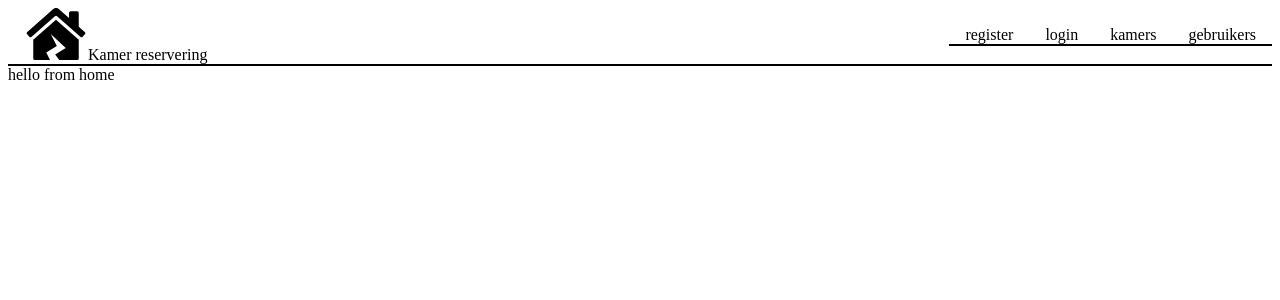
Repository: jomarderrie/kamerreserveringfrontend
Page: /
An editor plug-in stored every save of this project. The page is shown before and after the next save, followed by the edit.
The browser window is 1280 px wide. The pictures show the whole page.
The project was rebuilt for these pictures with package versions that can differ from the ones it lists, and the page was loaded fresh each time. Also part of the build but not shown: src/components/Loading.js, src/styled/globals/AuthBoxContainer.js, src/functions/auth.js, src/components/auth/SignUpForm.js, src/pages/auth/Register.js, src/functions/kamers.js, src/components/kamer/KamerCard.js, src/pages/kamer/Kamers.js and 7 more.

Above is the page before, as saved 2021-10-28 11:57:48.

After the next save:
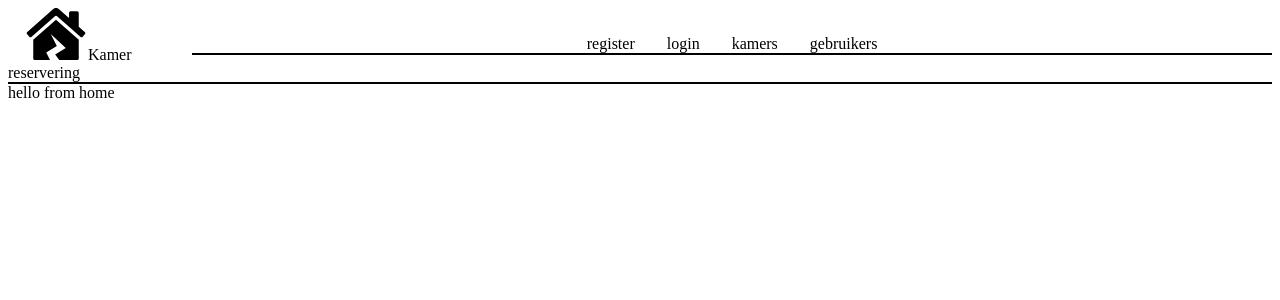
Saved 6 s later.
--- a/src/styled/globals/StyledFlexBoxContainer.js
+++ b/src/styled/globals/StyledFlexBoxContainer.js
@@ -11,6 +11,7 @@
 
         border-bottom-color: rgba(140, 130, 115, 0.12);
      border-bottom: 2px solid;
+     width:100%
 
        }
     `

After the 2 saves that followed:
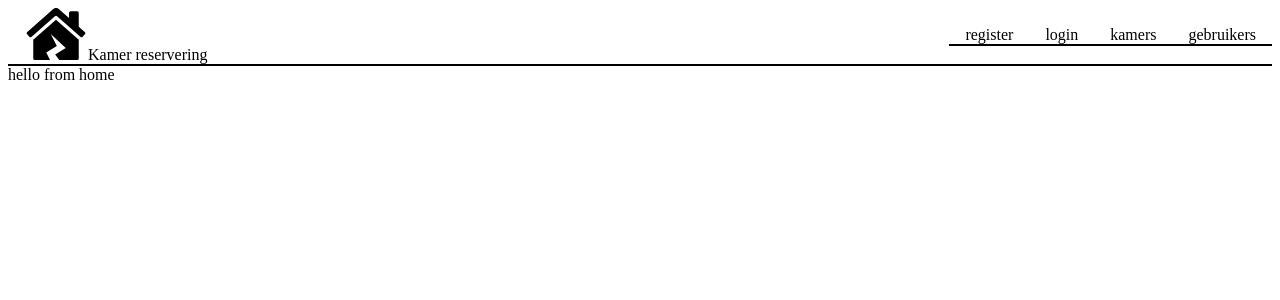
The 2 saves are shown as one change because 1 left the picture as it was.
The last was saved 25 s later.
--- a/src/styled/globals/StyledFlexBoxContainer.js
+++ b/src/styled/globals/StyledFlexBoxContainer.js
@@ -11,7 +11,6 @@
 
         border-bottom-color: rgba(140, 130, 115, 0.12);
      border-bottom: 2px solid;
-     width:100%
 
        }
     `
